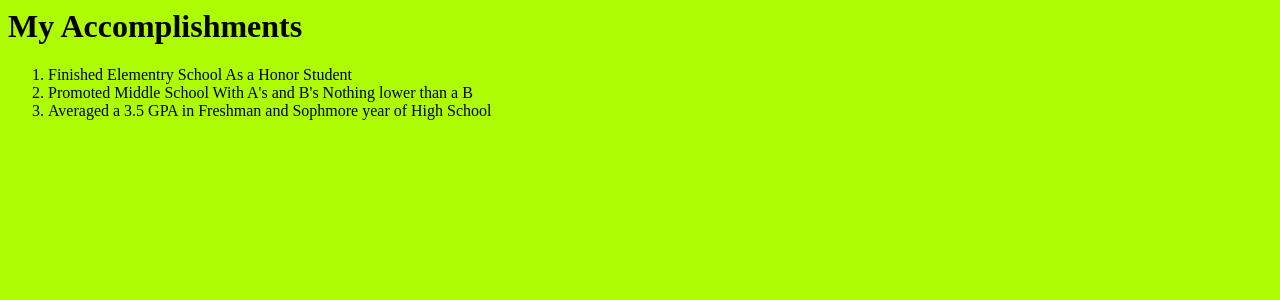
Repository: NawrasKassar/NawrasKassar.github.io
Page: portfolio.html
The author's editor kept a record of every edit. The page is drawn from the files as they stood at one moment, then again after the next edit.
The browser window is 1280 px wide. The pictures show the whole page.

Above is the page before.

### portfolio.html
<html>
<head>
    <title>My Portfolio / Accomplishments</title>
    <link rel="stylesheet" href="./styles/style.css">
    <h1>My Accomplishments</h1>
    <ol>
    <li>Finished Elementry School As a Honor Student</li>
    <li>Promoted Middle School With A's and B's Nothing lower than a B </li>
    <li>Averaged a 3.5 GPA in Freshman and Sophmore year of High School </li>



    </ol>







</head>













</html>

### styles/style.css
body {
    background-color: #adfc03;



}


body p{
    color:#123456;
}

After the next edit:
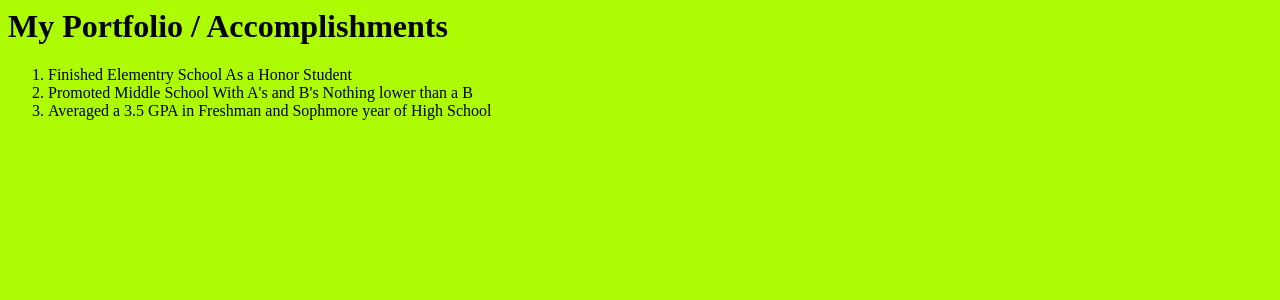
The edit:
--- a/portfolio.html
+++ b/portfolio.html
@@ -2,7 +2,7 @@
 <head>
     <title>My Portfolio / Accomplishments</title>
     <link rel="stylesheet" href="./styles/style.css">
-    <h1>My Accomplishments</h1>
+    <h1>My Portfolio / Accomplishments</h1>
     <ol>
     <li>Finished Elementry School As a Honor Student</li>
     <li>Promoted Middle School With A's and B's Nothing lower than a B </li>
